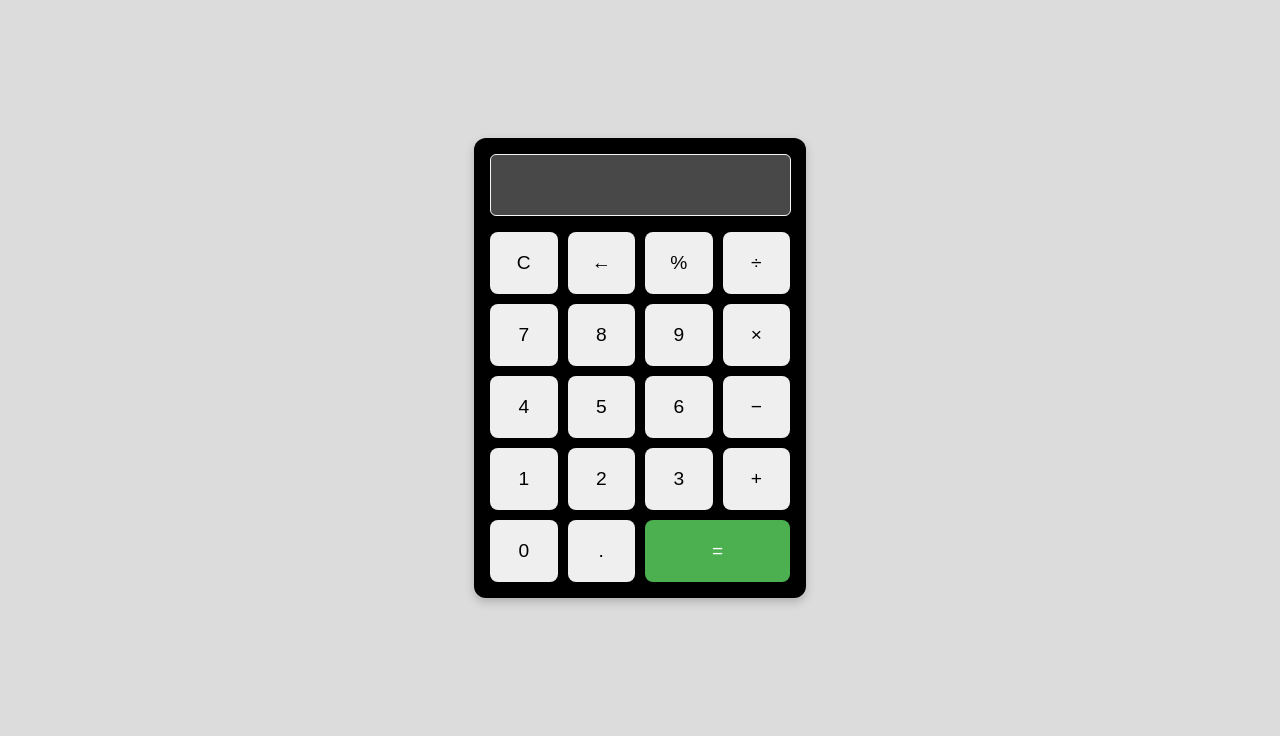
Repository: Eh-Vee/Calculator
Page: index.html
These files come from the project's save history. The page is drawn as it stood at one moment and after the next save; the edit follows.
The browser window is 1280 px wide. The pictures show the whole page.

Above is the page before, as saved 2025-06-04 08:51:58.

### index.html
<!DOCTYPE html>
<html lang="en">
<head>
  <meta charset="UTF-8" />
  <meta name="viewport" content="width=device-width, initial-scale=1.0"/>
  <title>Calculator</title>
  <link rel="stylesheet" href="styles.css" />
</head>
<body>
  <div class="calculator">
    <input type="text" id="display" disabled />
    <div class="buttons">
      <button onclick="clearDisplay()">C</button>
      <button onclick="deleteLast()">←</button>
      <button onclick="append('%')">%</button>
      <button onclick="append('/')">÷</button>

      <button onclick="append('7')">7</button>
      <button onclick="append('8')">8</button>
      <button onclick="append('9')">9</button>
      <button onclick="append('*')">×</button>

      <button onclick="append('4')">4</button>
      <button onclick="append('5')">5</button>
      <button onclick="append('6')">6</button>
      <button onclick="append('-')">−</button>

      <button onclick="append('1')">1</button>
      <button onclick="append('2')">2</button>
      <button onclick="append('3')">3</button>
      <button onclick="append('+')">+</button>

      <button onclick="append('0')">0</button>
      <button onclick="append('.')">.</button>
      <button class="equal" onclick="calculate()">=</button>
    </div>
  </div>
  <script src="script.js"></script>
</body>
</html>

### styles.css
body {
  background: gainsboro;
  display: flex;
  height: 100vh;
  justify-content: center;
  align-items: center;
  font-family: sans-serif;
}

.calculator {
  background: black;
  padding: 1rem;
  border-radius: 12px;
  box-shadow: 0 4px 10px rgba(0, 0, 0, 0.2);
  width: 300px;
}

#display {
  width: 93%;
  height: 60px;
  font-size: 2rem;
  text-align: right;
  padding: 0 10px;
  margin-bottom: 1rem;
  border: 1px solid whitesmoke;
  border-radius: 6px;
}

.buttons {
  display: grid;
  grid-template-columns: repeat(4, 1fr);
  gap: 10px;
}

button {
  padding: 20px;
  font-size: 1.2rem;
  border: none;
  border-radius: 8px;
  background: ;
  cursor: pointer;
  transition: background 0.2s;
}

button:hover {
  background: #d4d4d4;
}

.equal {
  grid-column: span 2;
  background: #4caf50;
  color: white;
}

.equal:hover {
  background: #45a049;
}

### script.js
function append(value) {
  document.getElementById("display").value += value;
}

function clearDisplay() {
  document.getElementById("display").value = "";
}

function deleteLast() {
  let display = document.getElementById("display");
  display.value = display.value.slice(0, -1);
}

function calculate() {
  try {
    let result = eval(document.getElementById("display").value);
    document.getElementById("display").value = result;
  } catch {
    document.getElementById("display").value = "Error";
  }
}

After the next save:
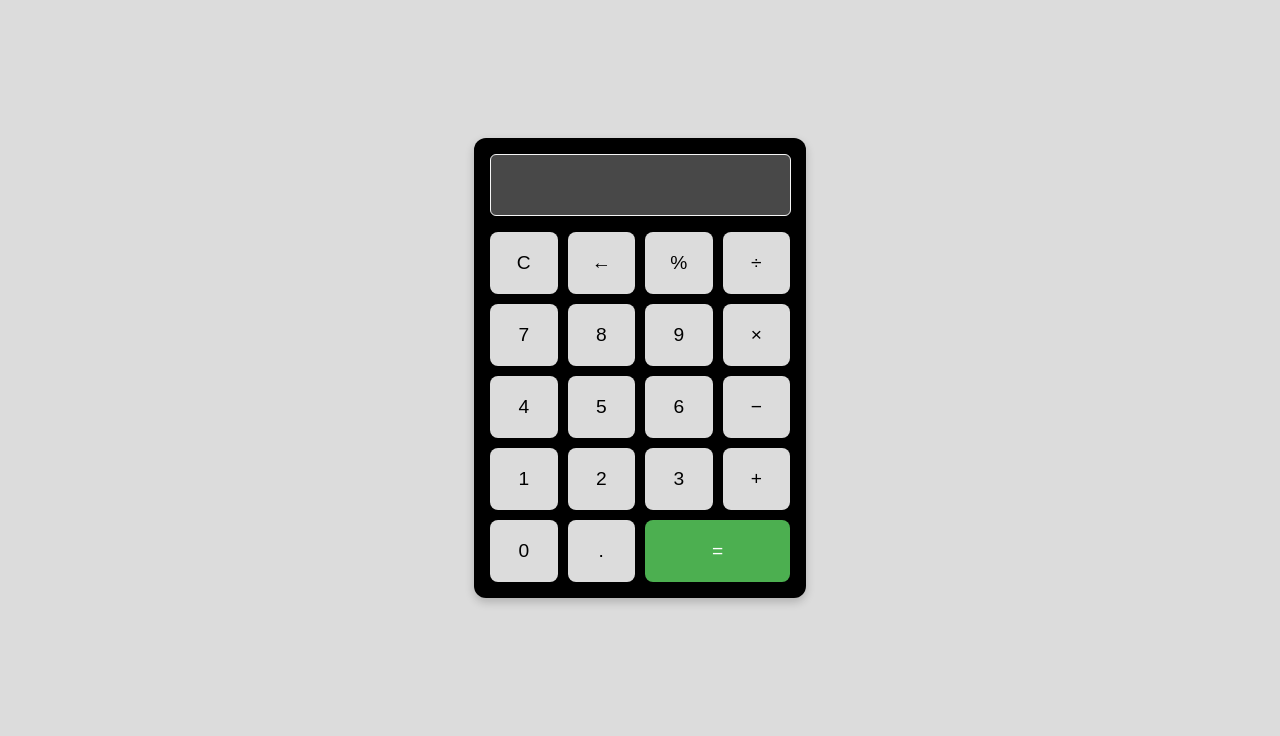
Saved 14 s later.
--- a/styles.css
+++ b/styles.css
@@ -37,7 +37,7 @@ button {
   font-size: 1.2rem;
   border: none;
   border-radius: 8px;
-  background: ;
+  background: gainsboro;
   cursor: pointer;
   transition: background 0.2s;
 }
